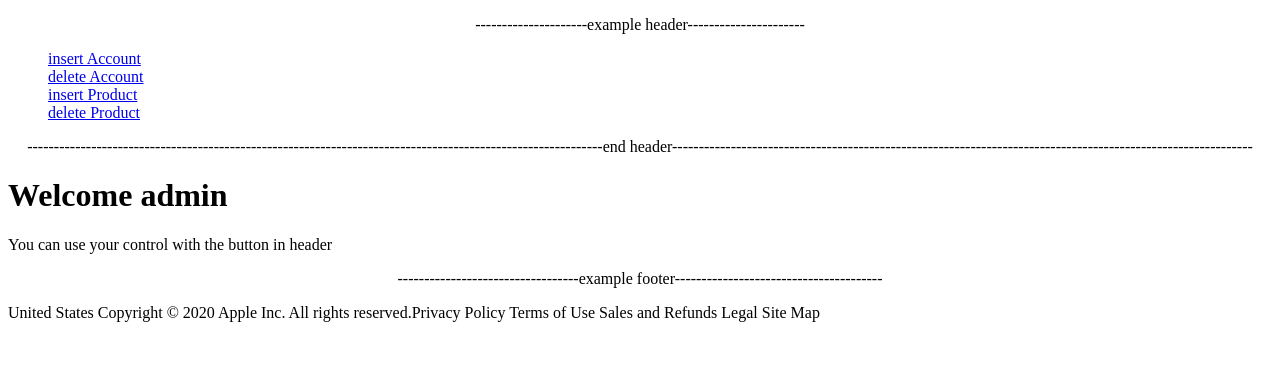
Repository: pffdota04/cuahang
Page: http://localhost/CuaHang/Views/Admin/home.jsp
An editor plug-in stored every save of this project. The page is shown before and after the next save, followed by the edit.
The browser window is 1280 px wide. The pictures show the whole page.
The page is served by Tomcat 9. Other server files are loaded and not shown.

Above is the page before, as saved 2020-11-11 04:29:31.

### CuaHang/WebContent/Views/Admin/home.jsp
<%@ page language="java" contentType="text/html; charset=ISO-8859-1"
    pageEncoding="ISO-8859-1"%>
<!DOCTYPE html>
<html>
<head>
<title>Insert title here</title>
</head>

<body>
	<div class="header">
		<%@ include file="/Views/Admin/commom/header.jsp" %>
	</div>
	<div class="container">
		<h1>Welcome admin</h1>
		<p> You can use your control with the button in header </p>
	</div>
	<div class="footer">
		<%@ include file="/Views/Admin/commom/footer.jsp" %>
	</div>

</body>
</html>

### CuaHang/WebContent/Views/Admin/commom/header.jsp
<%@ page language="java" contentType="text/html; charset=ISO-8859-1"
	pageEncoding="ISO-8859-1"%>
<!DOCTYPE html>
<html>
<head>
<meta charset="ISO-8859-1">
<title>Insert title here</title>
<style>  -- do it in .css
.clearfix::after {
	content: " ";
	display: table;
	clear: both;
}
</style>
</head>
<body>
	<p style="text-align: center;">---------------------example header----------------------</p>
	<ul class="main-nav" style=" list-style: none;">
		<li><a href="#">insert Account</a></li>
		<li><a href="#">delete Account</a></li>
		<li><a href="#">insert Product</a></li>
		<li><a href="#">delete Product</a></li>
	</ul>
	<div class="clearfix"></div>
	<p style="text-align: center;">------------------------------------------------------------------------------------------------------------end header-------------------------------------------------------------------------------------------------------------</p>
	<div class="clearfix"></div>
</body>
</html>

### CuaHang/WebContent/Views/Admin/commom/footer.jsp
<%@ page language="java" contentType="text/html; charset=ISO-8859-1"
    pageEncoding="ISO-8859-1"%>
<!DOCTYPE html>
<html>
<head>
<meta charset="ISO-8859-1">
<title>Insert title here</title>
</head>
<body>
<p style="text-align: center;">----------------------------------example footer---------------------------------------</p>
	<p>United States Copyright © 2020 Apple Inc. All rights reserved.Privacy Policy Terms of Use Sales and Refunds Legal Site Map</p>
</body>
</html>

After the next save:
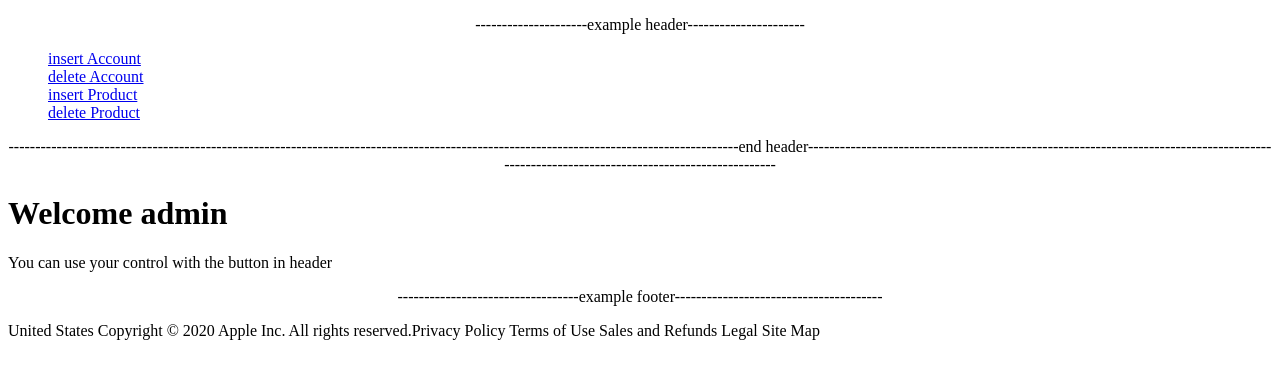
Saved 10 s later.
--- a/CuaHang/WebContent/Views/Admin/commom/header.jsp
+++ b/CuaHang/WebContent/Views/Admin/commom/header.jsp
@@ -22,7 +22,7 @@
 		<li><a href="#">delete Product</a></li>
 	</ul>
 	<div class="clearfix"></div>
-	<p style="text-align: center;">------------------------------------------------------------------------------------------------------------end header-------------------------------------------------------------------------------------------------------------</p>
+	<p style="text-align: center;">-----------------------------------------------------------------------------------------------------------------------------------------end header------------------------------------------------------------------------------------------------------------------------------------------</p>
 	<div class="clearfix"></div>
 </body>
 </html>
